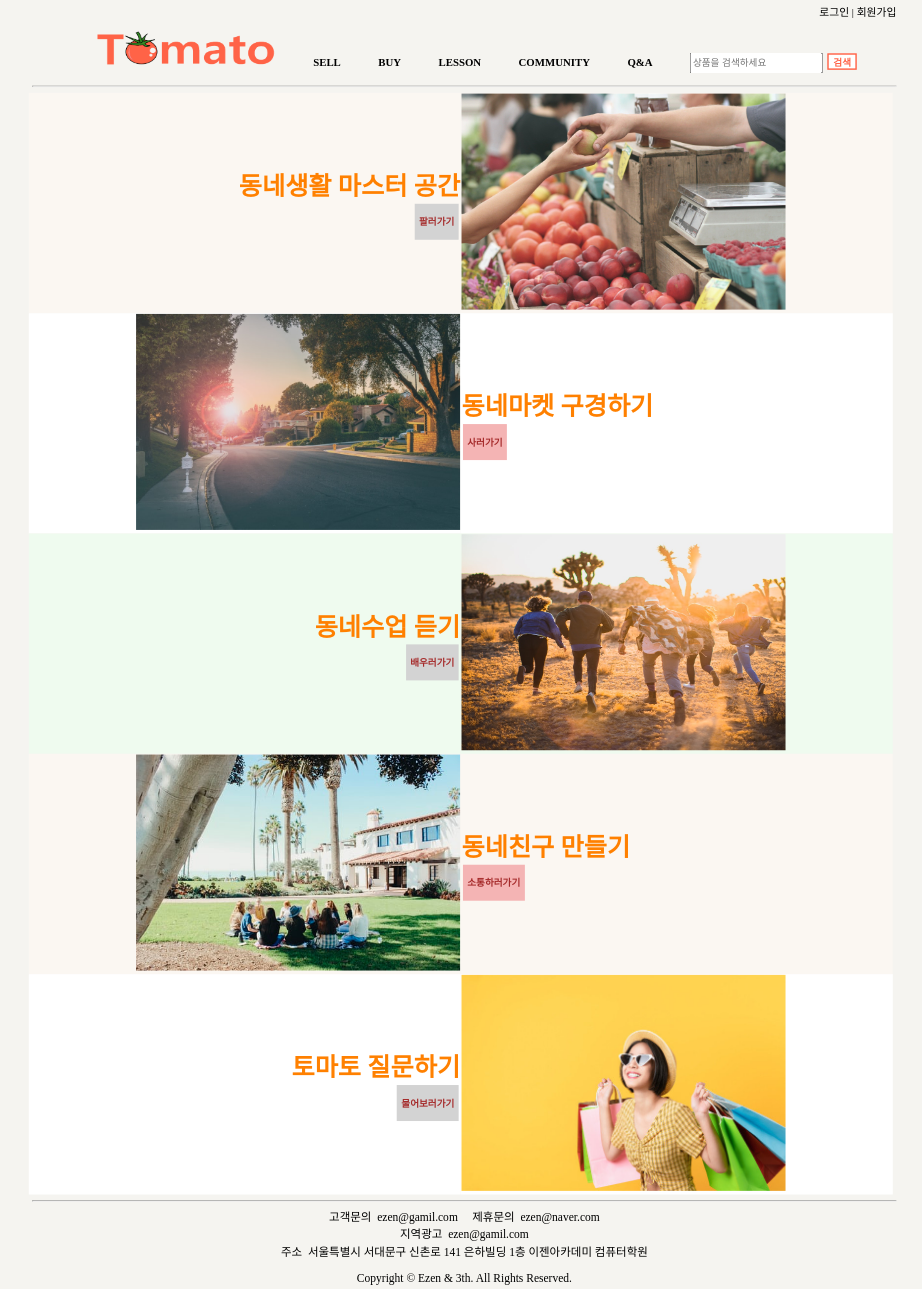
Repository: javadogfoot/semi-project
Page: http://localhost/tomato/indextest.jsp
The author's editor kept a copy of each file at every save. The page is drawn from the files as they stood at one save, then again after the next save.
The browser window is 1280 px wide. The pictures show the whole page, at 72% of full size.
The page is served by Tomcat 9.

Above is the page before, as saved 2021-10-19 16:46:50.

After the next save:
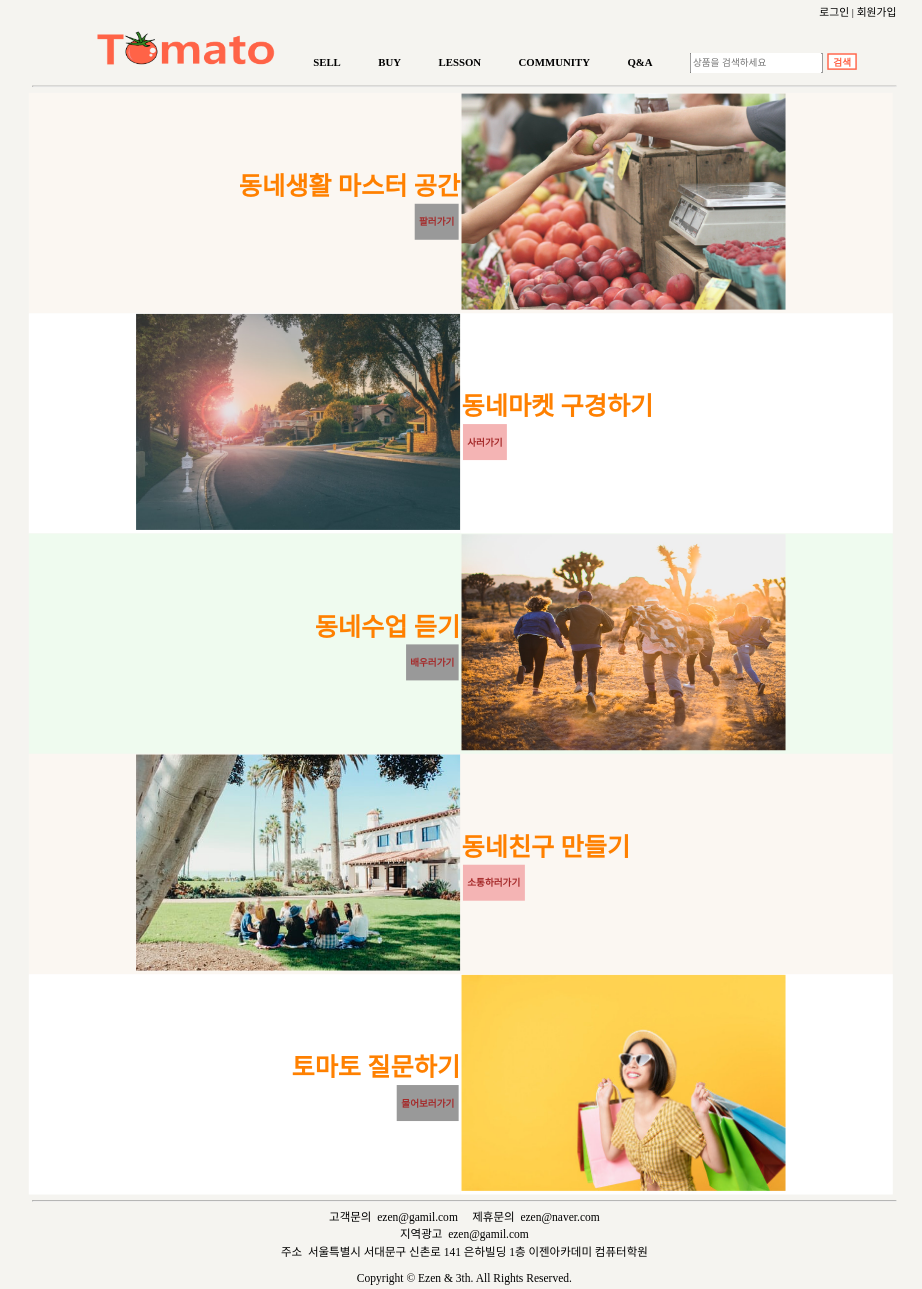
Saved 17 s later.
--- a/semi프로젝트워크스페이스/tomato/src/main/webapp/indextest.jsp
+++ b/semi프로젝트워크스페이스/tomato/src/main/webapp/indextest.jsp
@@ -33,7 +33,7 @@ span {
 	font-weight: bold;
 }
 .joinbtn1{
-   background-color: lightgray;
+   background-color: #999;
    color: brown;
    font-weight: bold;
    height:50px;
